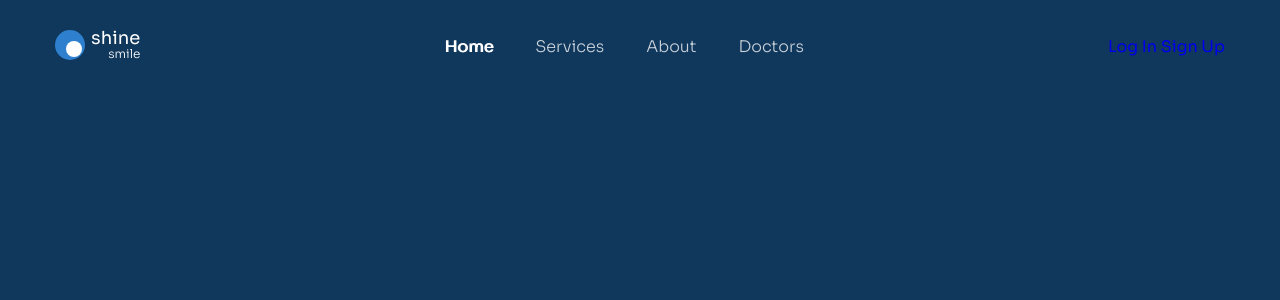
Repository: anhtien111198/f8-htmlcss-03
Page: index.html
An editor plug-in stored every save of this project. The page is shown before and after the next save, followed by the edit.
The browser window is 1280 px wide. The pictures show the whole page.

Above is the page before, as saved 2023-05-12 09:44:40.

After the next save:
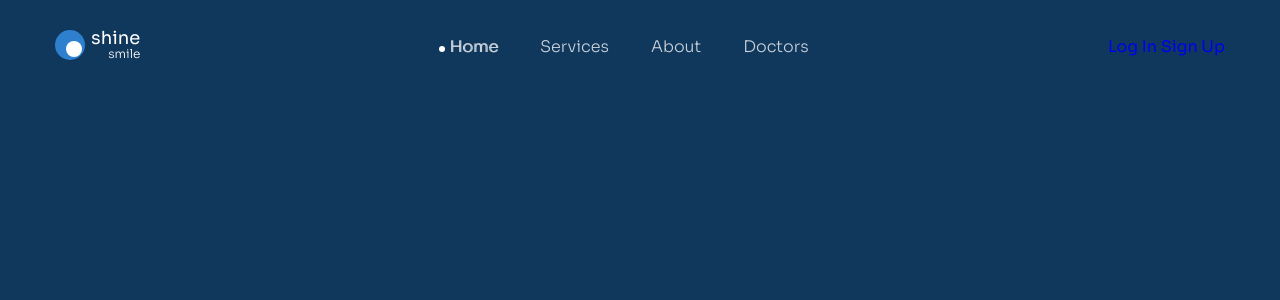
Saved 2 min 38 s later.
--- a/assets/css/style.css
+++ b/assets/css/style.css
@@ -82,7 +82,15 @@ a {
     color: #c9d2da;
 }
 .navbar__link--active {
-    font-weight: 400;
-    color: #ffffff;
     text-shadow: 1px 0 0 currentColor;
 }
+.navbar__link--active::before {
+    content: "";
+    top: -2px;
+    left: -8px;
+    display: inline-block;
+    width: 6px;
+    height: 6px;
+    border-radius: 50%;
+    background: #fff;
+}
